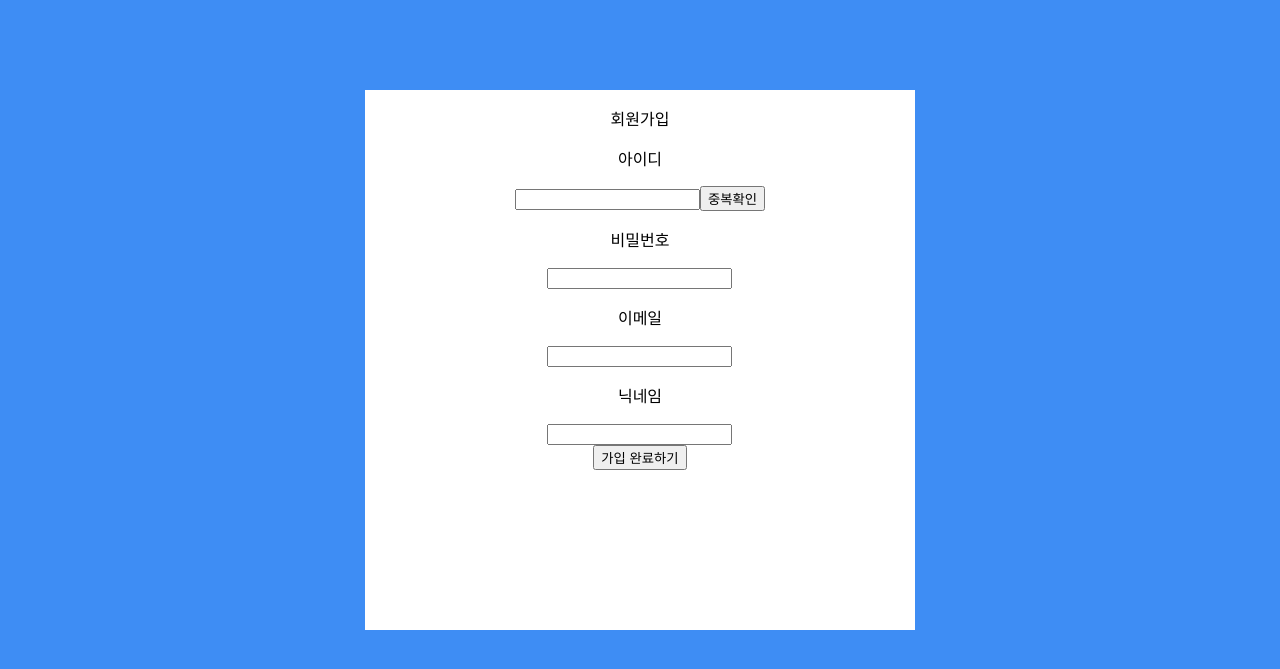
Repository: TeamCosine/Front
Page: /invite
An editor plug-in stored every save of this project. The page is shown before and after a run of saves, followed by the edit.
The browser window is 1280 px wide. The pictures show the whole page.
The project was rebuilt for these pictures with package versions that can differ from the ones it lists, and the page was loaded fresh each time. Also part of the build but not shown: src/components/home/Card.js, src/pages/Home.js, src/pages/Profile.js, src/pages/Login.js, src/components/MyInfo/Card.js, src/pages/MyInfo.js, src/pages/Write.js, src/components/common/Title.js and 1 more.

Above is the page before, as saved 2023-07-15 22:10:38.

After the next 3 saves:
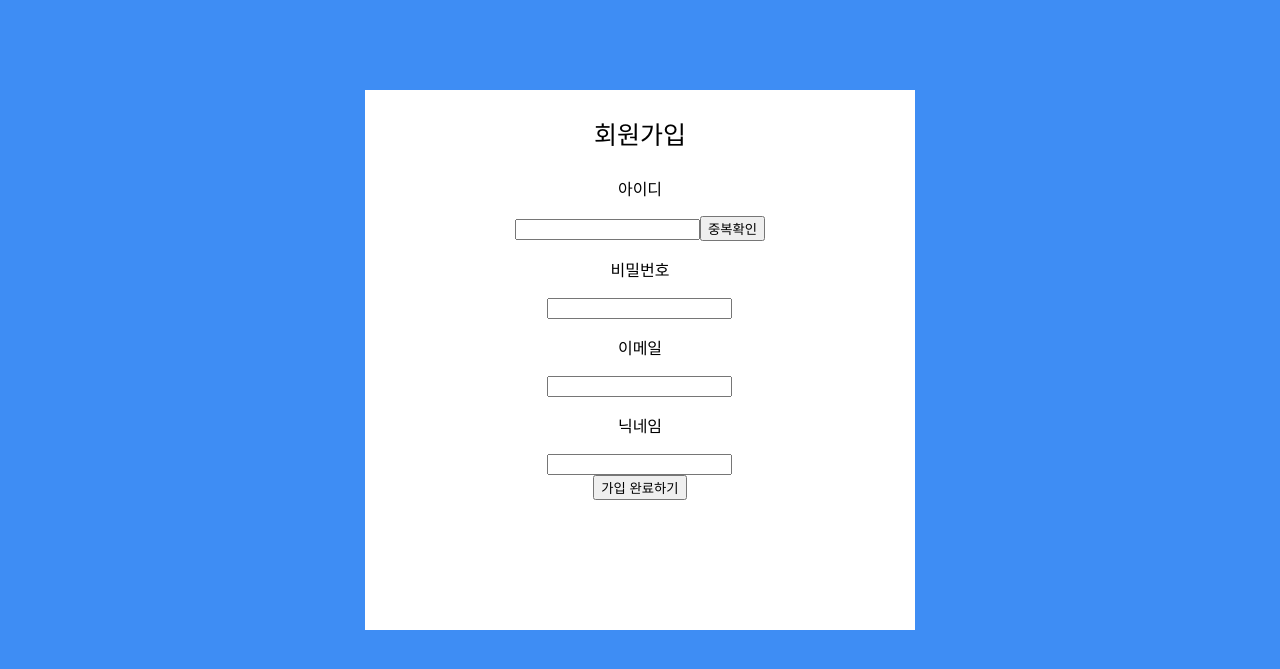
The 3 saves are shown as one change because they came seconds apart.
The last was saved 19 s later.
--- a/src/pages/Invite.js
+++ b/src/pages/Invite.js
@@ -34,7 +34,7 @@ const Invite =() =>{
         <>
           <Container>
             <InviteContainer>
-                <p style={{}}>회원가입</p>
+                <p style={{fontSize:"25px"}}>회원가입</p>
                 <IdContainer>
                     <p>아이디</p>
                     <InputId />
